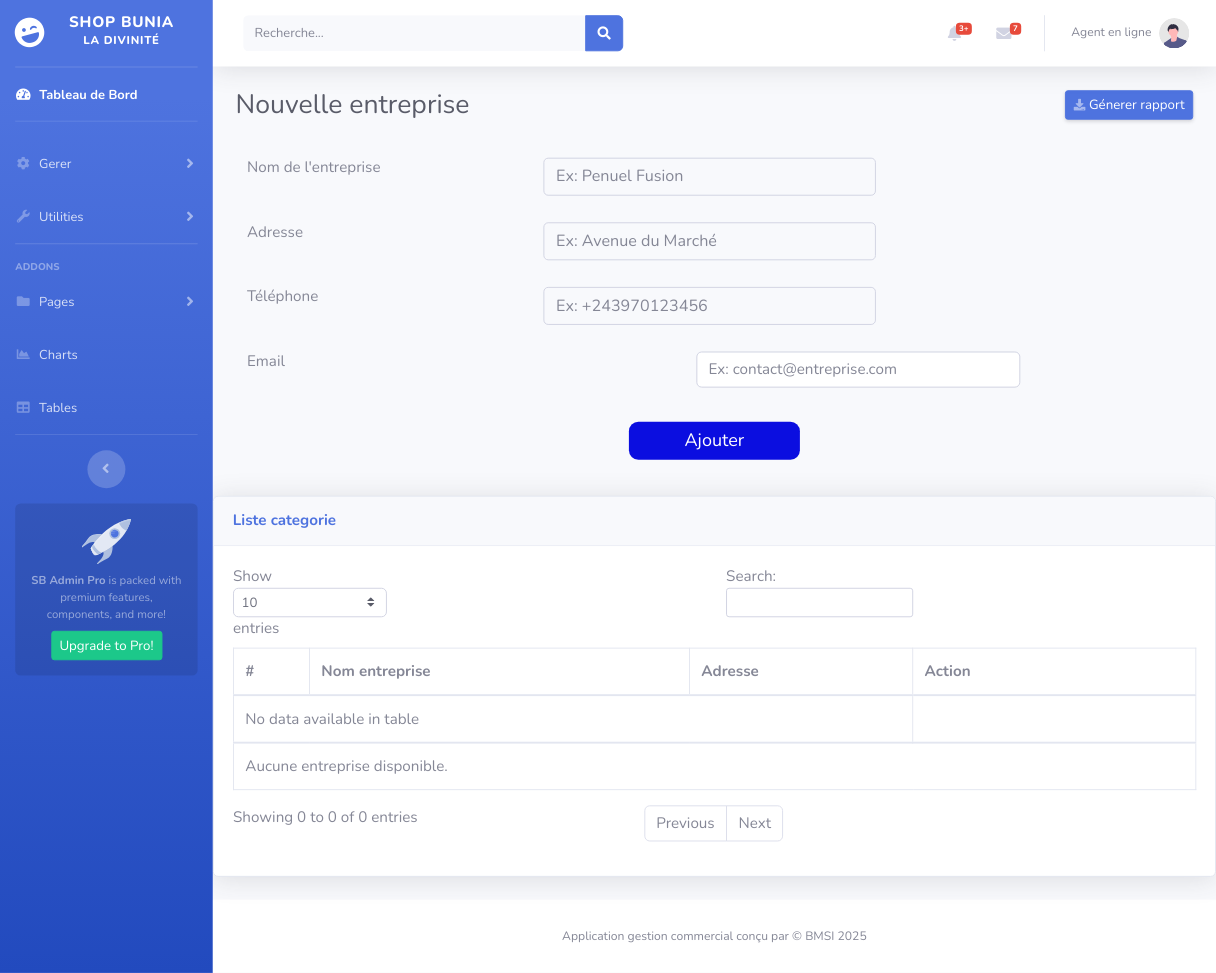
Repository: gradi243/gestion_boutique
Page: http://localhost/entreprise.php
These files come from the project's save history. The page is drawn as it stood at one moment and after the next save; the edit follows.
The browser window is 1280 px wide. The pictures show the whole page, at 95% of full size.
The page is run by PHP 8.4 with error messages shown; the project is at /var/www/html/. The session is filled in as if someone had signed in: {"id": 1, "nom": "Feza", "email": "gradi@gmail.com", "role": "admin", "id_entreprise": 1}. Queries for data that is not in the repository find no rows.

Above is the page before, as saved 2025-10-24 17:26:29.
Console error: TypeError: Cannot read properties of null (reading 'length')

After the next save:
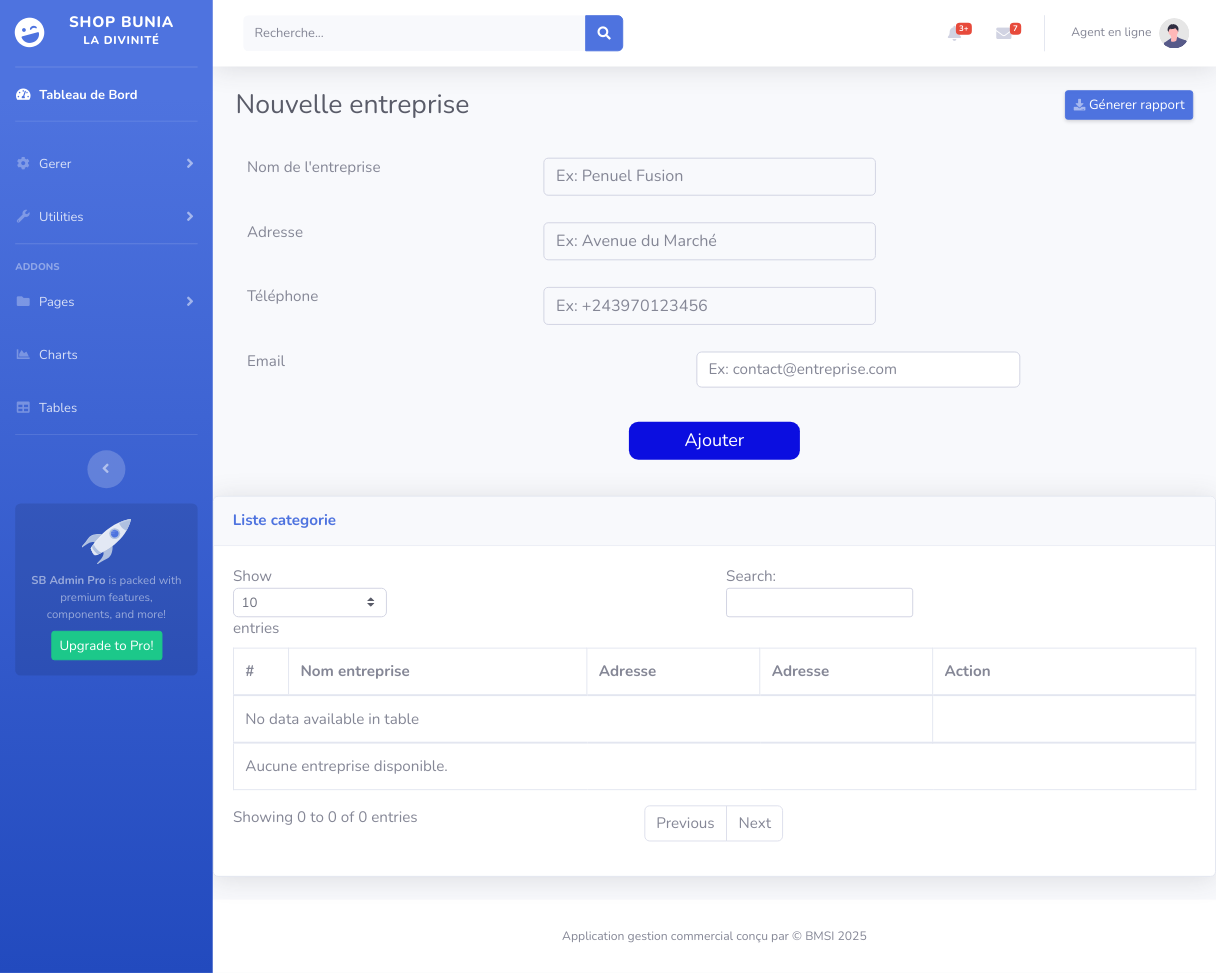
Saved 6 s later.
--- a/entreprise.php
+++ b/entreprise.php
@@ -165,6 +165,7 @@
                                         <tr>
                                             <th>#</th>
                                             <th>Nom entreprise </th>
+                                            <th>Adresse</th>
                                             <th>Adresse</th>
                                             <th colspan="2">Action</th>
                                         </tr>
